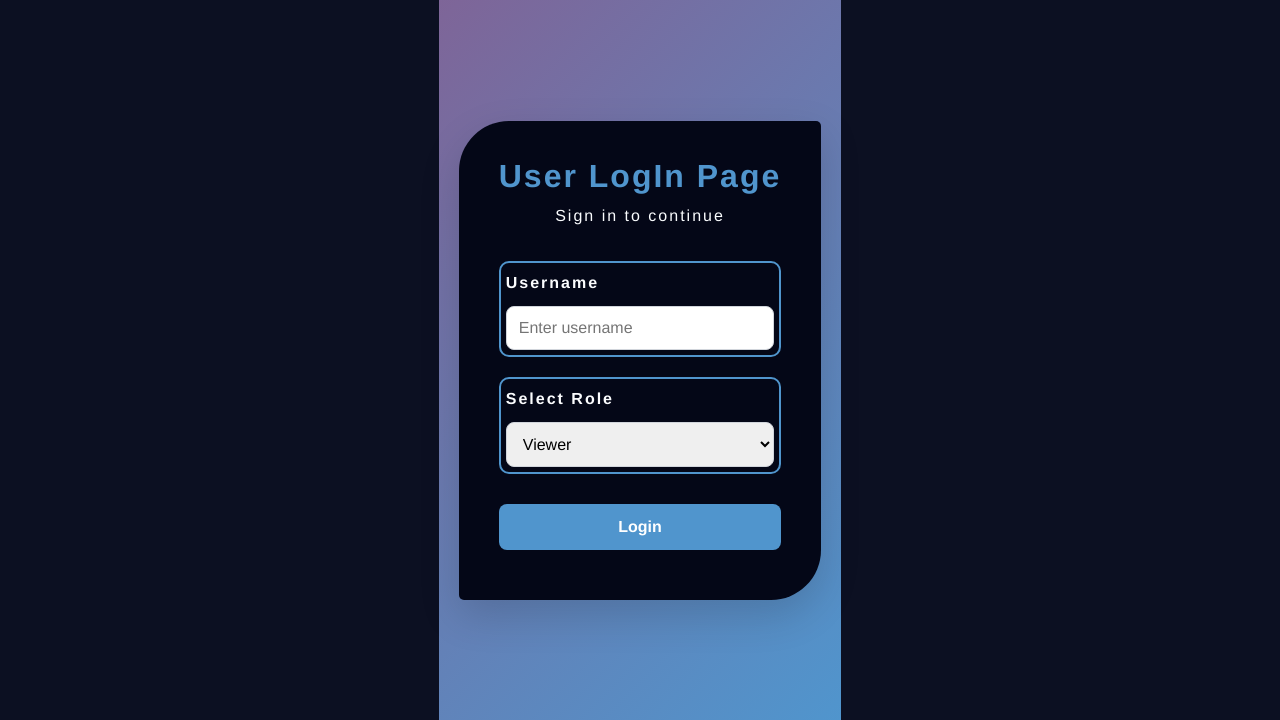
Repository: SolomonChinonso/myUserDashboard
Page: / (app in my-user-dashboard-app/)
An editor plug-in stored every save of this project. The page is shown before and after a run of saves, followed by the edit.
The browser window is 1280 px wide. The pictures show the whole page.
The project was rebuilt for these pictures with package versions that can differ from the ones it lists, and the page was loaded fresh each time. Also part of the build but not shown: my-user-dashboard-app/vite.config.ts, my-user-dashboard-app/src/App.css, my-user-dashboard-app/src/pages/Dashboard.tsx, my-user-dashboard-app/src/pages/Profile.tsx, my-user-dashboard-app/src/pages/Settings.tsx, my-user-dashboard-app/src/components/Navbar.tsx, my-user-dashboard-app/src/components/ProtectedRoute.tsx.

Above is the page before, as saved 2026-05-30 15:23:58.

### my-user-dashboard-app/index.html
<!doctype html>
<html lang="en">
  <head>
    <meta charset="UTF-8" />
    <link rel="icon" type="image/svg+xml" href="/favicon.svg" />
    <meta name="viewport" content="width=device-width, initial-scale=1.0" />
    <title>my-user-dashboard-app</title>
  </head>
  <body>
    <div id="root"></div>
    <script type="module" src="/src/main.tsx"></script>
  </body>
</html>

### my-user-dashboard-app/src/main.tsx
import React from "react";
import ReactDOM from "react-dom/client";
import App from "./App";
import { BrowserRouter } from "react-router-dom";
import { AuthProvider } from "./context/AuthProvider"
import "./index.css"


ReactDOM.createRoot(document.getElementById("root")!).render(
  <React.StrictMode>
    <BrowserRouter>
      <AuthProvider>
        <App />
      </AuthProvider>
    </BrowserRouter>
  </React.StrictMode>
);

### my-user-dashboard-app/src/App.tsx
import {
  Routes,
  Route,
  Navigate,
} from "react-router-dom";
import "./App.css"

import Login from "./pages/Login";
import Dashboard from "./pages/Dashboard";
import Profile from "./pages/Profile";
import Settings from "./pages/Settings";

import Navbar from "./components/Navbar";
import ProtectedRoute from "./components/ProtectedRoute";

import { useAuth } from "./hooks/useAuth";

function App() {
  const { user } = useAuth();

  return (
    <div className="app-section">
      {user && <Navbar />}

      <Routes>
        {/* Redirect homepage to login */}
        <Route
          path="/"
          element={<Navigate to="/login" replace />}
        />

        <Route
          path="/login"
          element={<Login />}
        />

        <Route
          path="/dashboard"
          element={
            <ProtectedRoute>
              <Dashboard />
            </ProtectedRoute>
          }
        />

        <Route
          path="/profile"
          element={
            <ProtectedRoute>
              <Profile />
            </ProtectedRoute>
          }
        />

        <Route
          path="/settings"
          element={
            <ProtectedRoute adminOnly>
              <Settings />
            </ProtectedRoute>
          }
        />

        {/* Catch-all route */}
        <Route
          path="*"
          element={<Navigate to="/login" replace />}
        />
      </Routes>
    </div>
  );
}

export default App;

### my-user-dashboard-app/src/context/AuthProvider.tsx
import {
  useState,
  type ReactNode,
} from "react";

import type { User } from "../types/user";

import { AuthContext } from "./AuthContext";

interface AuthProviderProps {
  children: ReactNode;
}

export const AuthProvider = ({
  children,
}: AuthProviderProps) => {
  const [user, setUser] =
    useState<User | null>(null);

  const login = (userData: User) => {
    setUser(userData);
  };

  const logout = () => {
    setUser(null);
  };

  return (
    <AuthContext.Provider
      value={{
        user,
        login,
        logout,
      }}
    >
      {children}
    </AuthContext.Provider>
  );
};

### my-user-dashboard-app/src/index.css
*{
    margin: 0;
    padding: 0;
    font-family: 'Franklin Gothic Medium', 'Arial Narrow', Arial, sans-serif;
    box-sizing: border-box;
}
body{
    display: flex;
    justify-content: center;
    align-items: center;
    letter-spacing: 2px;
    background-color: #0c1022;
}

### my-user-dashboard-app/src/pages/Login.tsx
// import { useState } from "react";
// import { useNavigate } from "react-router-dom";
// import { useAuth } from "../hooks/useAuth";
// import "./Login.css"

// const Login = () => {
//   const [username, setUsername] = useState("");
//   const [role, setRole] = useState("Viewer");

//   const { login } = useAuth();
//   const navigate = useNavigate();

//   const handleLogin = () => {
//     login({
//       username,
//       role: role as "Admin" | "Editor" | "Viewer",
//     });

//     navigate("/dashboard");
//   };

//   return (
//     <div className="login-page">
//       <h1>Login</h1>

//       <input
//         type="text"
//         placeholder="Username"
//         value={username}
//         onChange={(e) => setUsername(e.target.value)}
//       />

//       <select
//         value={role}
//         onChange={(e) => setRole(e.target.value)}
//       >
//         <option>Admin</option>
//         <option>Editor</option>
//         <option>Viewer</option>
//       </select>

//       <button onClick={handleLogin}>
//         Login
//       </button>
//     </div>
//   );
// };

// export default Login;
import { useState } from "react";
import { useNavigate } from "react-router-dom";
import { useAuth } from "../hooks/useAuth";
import "./Login.css";

const Login = () => {
  const [username, setUsername] = useState("");
  const [role, setRole] = useState("Viewer");

  const { login } = useAuth();
  const navigate = useNavigate();

  const handleLogin = () => {
    login({
      username,
      role: role as "Admin" | "Editor" | "Viewer",
    });

    navigate("/dashboard");
  };

  return (
    <div className="login-page">
      <div className="login-card">
        <h1>User LogIn Page</h1>
        <p className="subtitle">
          Sign in to continue
        </p>

        <div className="form-group">
          <label>Username</label>
          <input
            type="text"
            placeholder="Enter username"
            value={username}
            onChange={(e) =>
              setUsername(e.target.value)
            }
          />
        </div>

        <div className="form-group">
          <label>Select Role</label>
          <select
            value={role}
            onChange={(e) =>
              setRole(e.target.value)
            }
          >
            <option>Admin</option>
            <option>Editor</option>
            <option>Viewer</option>
          </select>
        </div>

        <button
          className="login-btn"
          onClick={handleLogin}
        >
          Login
        </button>
      </div>
    </div>
  );
};

export default Login;

### my-user-dashboard-app/src/hooks/useAuth.ts
import { useContext } from "react";

import { AuthContext } from "../context/AuthContext";

export const useAuth = () => {
  const context = useContext(AuthContext);

  if (!context) {
    throw new Error(
      "useAuth must be used inside AuthProvider"
    );
  }

  return context;
};

### my-user-dashboard-app/src/context/AuthContext.ts
import { createContext } from "react";

import type { User } from "../types/user";

export interface AuthContextType {
  user: User | null;
  login: (user: User) => void;
  logout: () => void;
}
export const AuthContext =
  createContext<AuthContextType | null>(null);

### my-user-dashboard-app/src/pages/Login.css
/* Full page layout */
.login-page {
  min-height: 100vh;
  display: flex;
  justify-content: center;
  align-items: center;

  background: linear-gradient(
    135deg,
    #7e6598,
    #5095cd
  );

  padding: 20px;
}

/* Login card */
.login-card {
  width: 100%;
  max-width: 400px;
  height: 70%;
  background: #040717;
  padding: 40px;
  border-radius: 50px 5px;
  display: flex;
  flex-direction: column;
  justify-content: center;
  align-items: center;
  box-shadow: 0 15px 40px
    rgba(0, 0, 0, 0.15);
  line-height: 30px;
  text-align: center;
}

/* Heading */
.login-card h1 {
  margin-bottom: 10px;
  color: #5095cd;
}

.subtitle {
  color: #fafcfe;
  margin-bottom: 30px;
}

/* Form group */
.form-group {
    border: 2px solid #5095cd;
    width: 100%;
    border-radius: 10px;
    padding: 5px;
  display: flex;
  flex-direction: column;
  text-align: left;
  margin-bottom: 20px;
}

.form-group label {
  margin-bottom: 8px;
  font-weight: 600;
  color: #fbfcfe;
}

/* Inputs */
.form-group input,
.form-group select {
  padding: 12px;
  border: 1px solid #d1d5db;
  border-radius: 8px;

  font-size: 16px;
  outline: none;

  transition: 0.3s ease;
}

.form-group input:focus,
.form-group select:focus {
  border-color: #4f46e5;
  box-shadow: 0 0 0 3px
    rgba(79, 70, 229, 0.15);
}

/* Button */
.login-btn {
  width: 100%;
  padding: 14px;

  border: none;
  border-radius: 8px;

  background: #5095cd;
  color: white;

  font-size: 16px;
  font-weight: bold;

  cursor: pointer;
  transition: 0.3s ease;
}

.login-btn:hover {
  background: #4338ca;
  transform: translateY(-2px);
}

### my-user-dashboard-app/src/components/Navbar.css
nav{
    background-color: rgb(154, 195, 231);
    display: flex;
    justify-content: space-between;
    align-items: center;
    margin: 20px;
    padding: 30px;
    max-width: 100vw;
    border-radius: 50px;

}
.links{
    display: flex;
    gap: 20px;

}
a{
    font-family: Arial, Helvetica, sans-serif;
    text-decoration: none;
    color: rgb(4, 4, 21);

}
button{
    font-size: 1rem;
    color: #4d4894;
    padding: 5px 20px;
    margin: 10px;
    border: 2px solid #0ff;
    border-radius: 50px;
    background: transparent;
    cursor: pointer;
    transition: 0.3s ease-in-out;
}
span{
    order: -1;
    background: white;
    color: rgb(22, 24, 86);
}

After the next 2 saves:
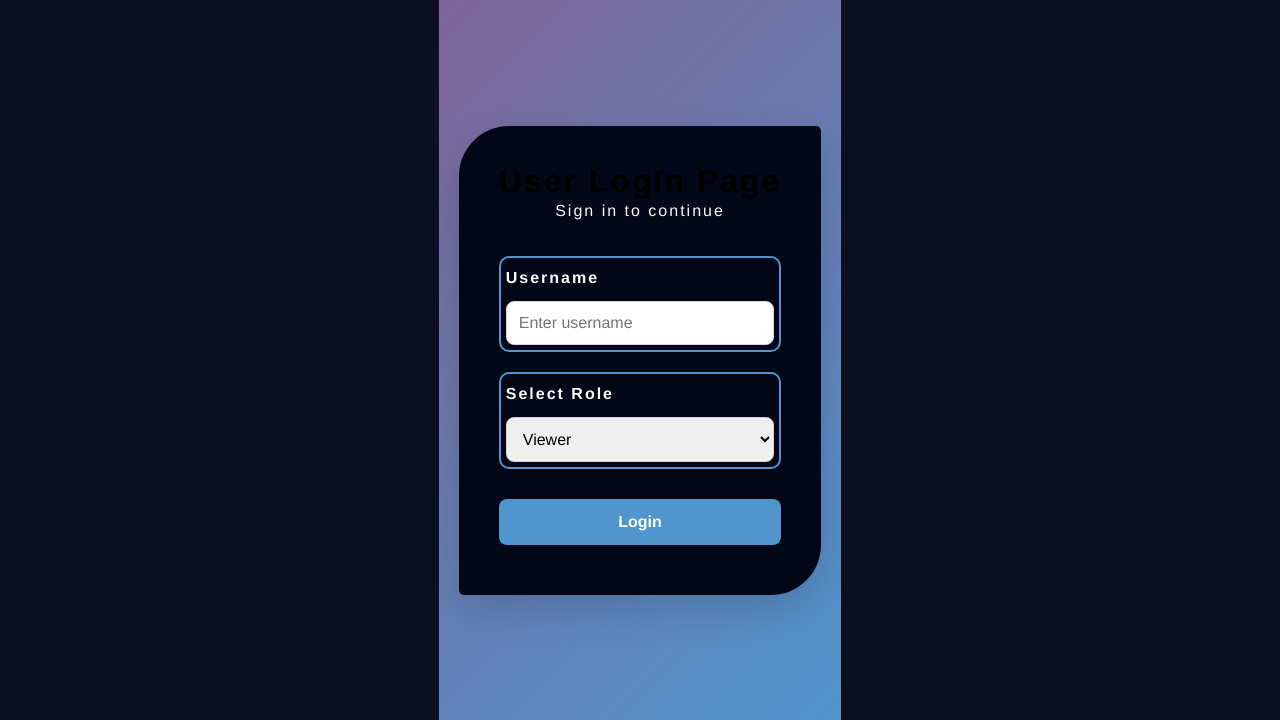
The 2 saves are shown as one change because they came seconds apart.
The last was saved 3 min 6 s later.
--- a/my-user-dashboard-app/src/pages/Login.css
+++ b/my-user-dashboard-app/src/pages/Login.css
@@ -32,6 +32,7 @@
   text-align: center;
 }
 
+.login-card
 /* Heading */
 .login-card h1 {
   margin-bottom: 10px;

After the 5 saves that followed:
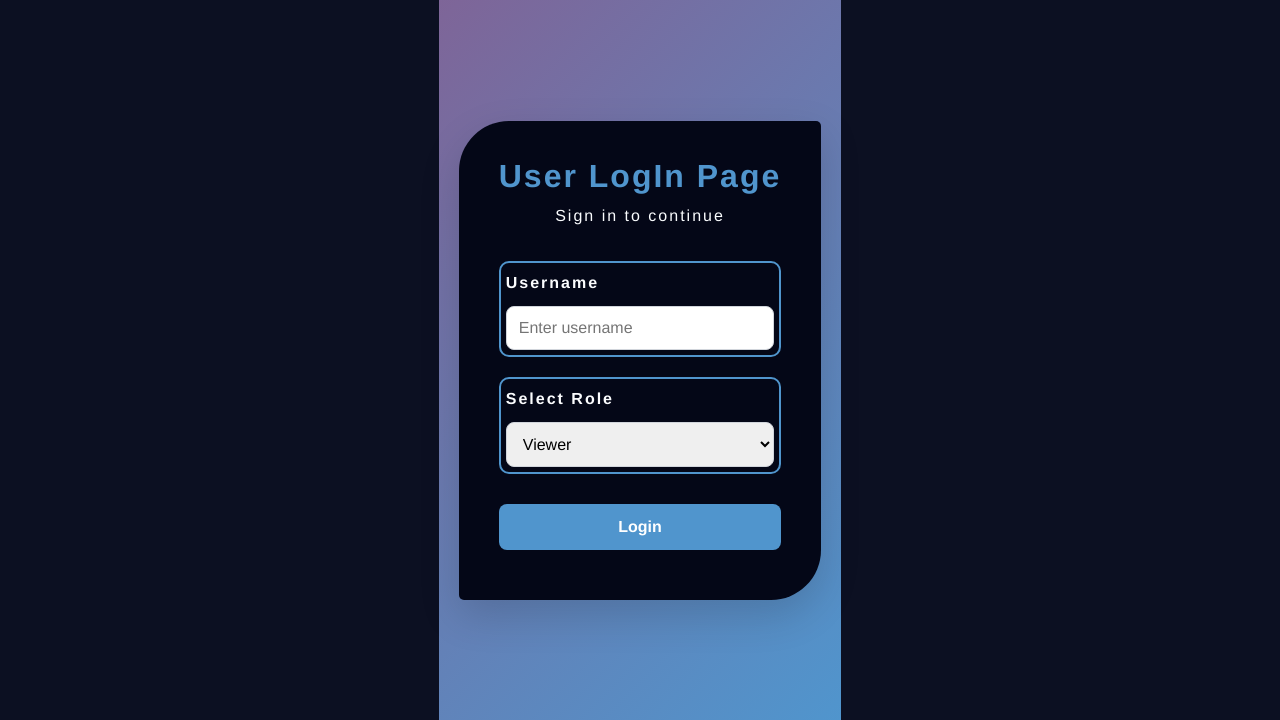
The 5 saves are shown as one change because 1 left the picture as it was and some came seconds apart.
The last was saved 17 s later.
--- a/my-user-dashboard-app/src/pages/Login.css
+++ b/my-user-dashboard-app/src/pages/Login.css
@@ -32,7 +32,9 @@
   text-align: center;
 }
 
-.login-card
+.login-card::before{
+
+}
 /* Heading */
 .login-card h1 {
   margin-bottom: 10px;
